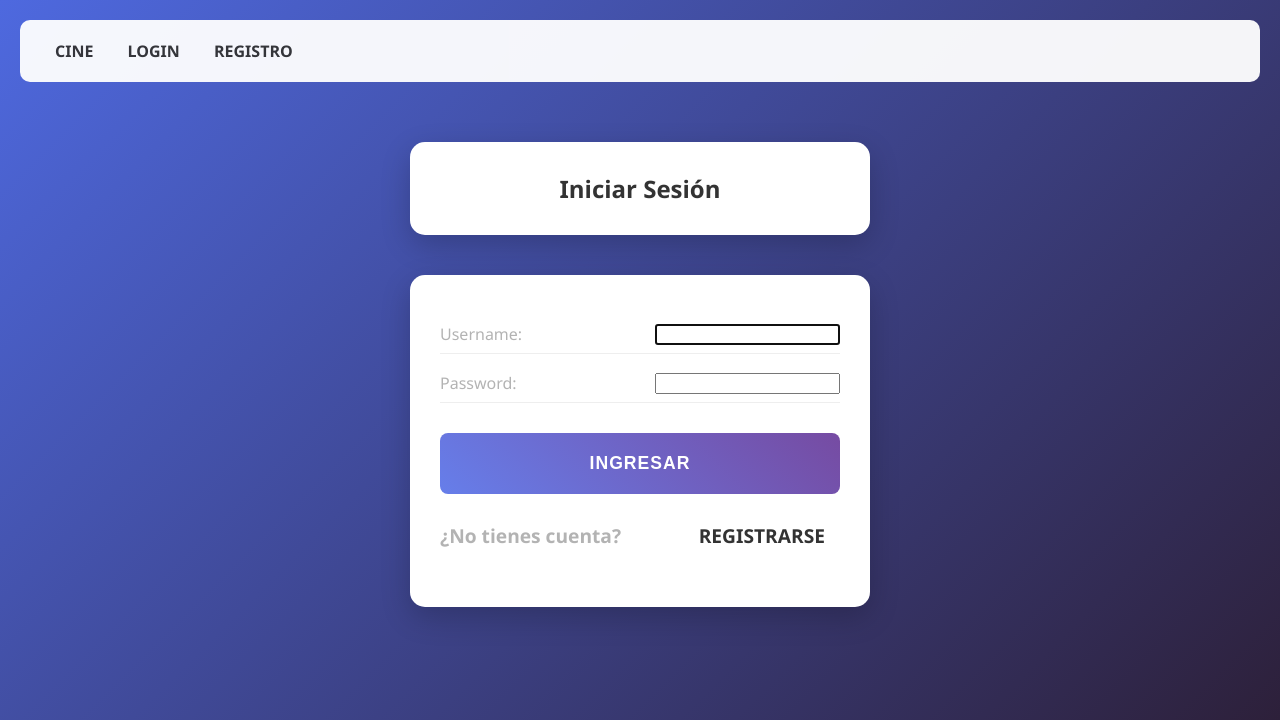
Repository: RoyScc/Practico-Django
Page: http://localhost/login/
These files come from the project's save history. The page is drawn as it stood at one moment and after the next save; the edit follows.
The browser window is 1280 px wide. The pictures show the whole page.
The page is served by the project's application, run on Django 5.2 (manage.py). Other server files are loaded and not shown.

Above is the page before, as saved 2026-05-27 09:09:11.

### tickets/templates/tickets/login.html
{% extends 'tickets/base.html' %}

{% block body %}



<form method="POST">

    <div class="login-container">
        <h2>Iniciar Sesión</h2>
        {% csrf_token %}
    </div>
    <div class="login-container">
        {{ form.as_p }}
        <button type="submit">Ingresar</button>
        <p>
            ¿No tienes cuenta?
            <a href="{% url 'register' %}">Registrarse</a>
        </p>
    </div>




</form>



{% endblock %}

### tickets/templates/tickets/base.html
{% load static %}

<!DOCTYPE html>
<html lang="en">
<head>
    <meta charset="UTF-8">
    <meta name="viewport" content="width=device-width, initial-scale=1.0">

    <link rel="stylesheet" href="{% static 'tickets/styles.css' %}">

    <!-- ICONO -->
    <link rel="icon" href="{% static 'tickets/images/cine.png' %}" type="image/png">

    <title>{% block title %} Tickets {% endblock %}</title>
</head>

<body>

    <nav class="navbar2">

        {% if request.resolver_match.url_name == 'cine' %}
            <a href="{% url 'lista_metodos' %}">
                Metodos
            </a>
        {% endif %}

        <a href="{% url 'cine' %}">
            Cine
        </a>

        {% if request.resolver_match.url_name == 'lista_metodos' %}
            <a href="{% url 'crear_metodo_pago' %}">
                Crear método de pago
            </a>
        {% endif %}

        <!-- LOGIN / LOGOUT -->

        {% if user.is_authenticated %}
            <a href="{% url 'logout' %}">
                Cerrar sesión
            </a>

        {% else %}

            <a href="{% url 'login' %}">
                Login
            </a>

            <a href="{% url 'register' %}">
                Registro
            </a>

        {% endif %}

    </nav>

    {% block body %}{% endblock %}

</body>
</html>

### tickets/views.py
from django.shortcuts import render, redirect
from .models import Tickets, MetodoPago
from .forms import MetodoPagoForm
from django.contrib.auth import login, logout
from django.contrib.auth.forms import AuthenticationForm
from django.contrib.auth import authenticate
from .forms import RegistroForm

# Create your views here.

# def index(request):
#     tickets = Tickets.objects.filter(tipo="cine")
#     return render(request, 'tickets/index.html', {'tickets': tickets})

def cine(request):
    tickets = Tickets.objects.filter(tipo__icontains="cine")
    return render(request, 'tickets/cine.html', {'tickets': tickets})

def tickets(request):
    todos_los_tickets = Tickets.objects.all()
    return render(request, 'tickets/todos_los_tickets.html', {'tickets': todos_los_tickets})

def crear_metodo_pago(request):
    if request.method == 'POST':
        form = MetodoPagoForm(request.POST)
        if form.is_valid():
            form.save()
            return redirect('lista_metodos')
    else:
        form = MetodoPagoForm()
    return render(request, 'tickets/crear_metodo_pago.html', {'form': form})

from django.shortcuts import get_object_or_404

def lista_metodos_pago(request):
    metodos = MetodoPago.objects.all()
    return render(request, 'tickets/lista_metodos.html', {'metodos': metodos})

def editar_metodo(request, id):
    metodo = get_object_or_404(MetodoPago, id=id)
    if request.method == 'POST':
        form = MetodoPagoForm(request.POST, instance=metodo)
        if form.is_valid():
            form.save()
            return redirect('lista_metodos')
    else:
        form = MetodoPagoForm(instance=metodo)
    return render(request, 'tickets/crear_metodo_pago.html', {'form': form})

def borrar_metodo(request, id):
    metodo = get_object_or_404(MetodoPago, id=id)
    if request.method == 'POST':
        metodo.delete()
        return redirect('lista_metodos')
    return render(request, 'tickets/borrar_metodo.html', {'metodo': metodo})

#Registro de usuarios
def register_view(request):
    if request.method == 'POST':
        form = RegistroForm(request.POST)

        if form.is_valid():
            user = form.save()
            login(request, user)
            return redirect('index')

    else:
        form = RegistroForm()

    return render(request, 'tickets/register.html', {
        'form': form
    })


#Login de usuarios
def login_view(request):

    if request.method == 'POST':
        form = AuthenticationForm(data=request.POST)

        if form.is_valid():
            user = form.get_user()
            login(request, user)
            return redirect('index')

    else:
        form = AuthenticationForm()

    return render(request, 'tickets/login.html', {
        'form': form
    })


# LOGOUT
def logout_view(request):
    logout(request)
    return redirect('login')

### TicketERA/urls.py
"""
URL configuration for TicketERA project.

The `urlpatterns` list routes URLs to views. For more information please see:
    https://docs.djangoproject.com/en/6.0/topics/http/urls/
Examples:
Function views
    1. Add an import:  from my_app import views
    2. Add a URL to urlpatterns:  path('', views.home, name='home')
Class-based views
    1. Add an import:  from other_app.views import Home
    2. Add a URL to urlpatterns:  path('', Home.as_view(), name='home')
Including another URLconf
    1. Import the include() function: from django.urls import include, path
    2. Add a URL to urlpatterns:  path('blog/', include('blog.urls'))
"""
from django.contrib import admin
from django.urls import path, include

urlpatterns = [
    path('admin/', admin.site.urls),
    path('', include("tickets.urls"))
]

### tickets/urls.py
from django.urls import path, include

from . import views

urlpatterns = [
    #path('', views.index, name="index"),
    path('cine/', views.cine, name="cine"),
    path('tickets/', views.tickets, name="tickets"),
    path('metodos/', views.lista_metodos_pago, name="lista_metodos"),
    path('metodos/crear', views.crear_metodo_pago, name="crear_metodo_pago"),
    path('metodos/editar/<int:id>/', views.editar_metodo, name="editar_metodo"),
    path('metodos/borrar/<int:id>/', views.borrar_metodo, name="borrar_metodo"),
    path('login/', views.login_view, name='login'),
    path('register/', views.register_view, name='register'),
    path('logout/', views.logout_view, name='logout'),
]

### tickets/static/tickets/styles.css
/* Estilos generales para la página */
body {
    font-family: 'Segoe UI', Tahoma, sans-serif;
    background: linear-gradient(135deg, #4e69df 0%, #2d203a 100%);
    min-height: 100vh;
    margin: 0;
    padding: 20px;
    gap: 20px;
    display: flex;
    flex-direction: column;
    box-sizing: border-box;
    flex: 1;
}

nav{
    justify-content: space-around;
    background: white;
    opacity: 0.95;
    margin: 0;
    padding: 10px 20px;
    border-radius: 10px;

}

.navbar {
    display: flex;
    justify-content: flex-end;
    align-items: center;
}

a {
    display: inline-block;
    color: #333;
    text-decoration: none;
    font-weight: bold;
    padding: 10px 15px;
    border-radius: 5px;
    transition: background 0.3s ease;
    text-transform: uppercase;
    /*background: #686666;*/
}

a:hover {
    background: #667eea;
    color: white;
}


h1, h4 {
    color: white;
    text-align: center;
    margin-bottom: 30px;
    text-shadow: 2px 2px 4px rgba(0,0,0,0.3);
}

h1 {
    font-size: 2.5rem;
    margin-bottom: 10px;
}

h4 {
    font-size: 1.2rem;
    opacity: 0.9;
}

.cartelera {
    display: flex;
    flex-wrap: wrap;
    justify-content: center;
    gap: 40px;
    padding: 30px;
}
.ticket-item {
    background: white;
    border-radius: 15px;
    padding: 20px;

    display: flex;
    flex-direction: column;
    justify-content: space-between;

    width: 320px;
    min-height: 500px;

    box-shadow: 0 10px 30px rgba(0,0,0,0.2);

    transition: transform 0.3s ease;
}

.ticket-item2 {
    background: white;
    border-radius: 15px;
    padding: 20px;

    display: flex;
    flex-direction: column;
    justify-content: space-between;

    width: 320px;

    box-shadow: 0 10px 30px rgba(0,0,0,0.2);

    transition: transform 0.3s ease;
}

.ticket-item:hover {
    transform: translateY(-5px);
}

.ticket-item a {
    display: inline-block;
    margin-top: 10px;
}

.form {
    display: block;
    margin-top: 0em;
    unicode-bidi: isolate;
}

/* Tablet
@media (max-width: 768px) {
    .cartelera {
        gap: 15px;
        padding: 15px;
    }
}*/

/* Mobile
@media (max-width: 480px) {
    .cartelera {
        gap: 10px;
        padding: 10px;
    }

    .ticket-item {
        width: 100%;
        max-width: 300px;
    }
}*/

h3 {
    color: #fdfdfd;
    font-size: 1.5rem;
    margin-bottom: 20px;
    text-align: center;
    border-bottom: 3px solid #667eea;
    padding-bottom: 10px;
}

.h3 {
    color: #000000;
    font-size: 1.5rem;
    margin-bottom: 20px;
    text-align: center;
    border-bottom: 3px solid #667eea;
    padding-bottom: 10px;
}

p {
    color: #b3b3b3;
    font-size: 1rem;
    margin: 10px 0;
    padding: 8px 0;
    border-bottom: 1px solid #eee;
    display: flex;
    justify-content: space-between;
    align-items: center;
}

p:last-of-type {
    border-bottom: none;
    font-weight: bold;

    font-size: 1.2rem;
}

.pcartelera {
    color: #070202;
    font-size: 1rem;
    margin: 10px 0;
    padding: 8px 0;
    border-bottom: 1px solid #eee;
    display: flex;
    justify-content: space-between;
    align-items: center;
}

button {
    width: 100%;
    background: linear-gradient(45deg, #667eea, #764ba2);
    color: white;
    border: none;
    padding: 20px 20px;
    font-size: 1.1rem;
    font-weight: bold;
    border-radius: 8px;
    cursor: pointer;
    margin-top: 20px;
    transition: all 0.3s ease;
    text-transform: uppercase;
    letter-spacing: 1px;
}

button:hover {
    background: linear-gradient(45deg, #5a6fd8, #6a4190);
    transform: scale(1.05);
    box-shadow: 0 5px 15px rgba(102, 126, 234, 0.4);
}

.button {
    width: 100%;
    background: linear-gradient(45deg, #667eea, #764ba2);
    color: white;
    border: none;
    padding: 20px 5px;
    font-size: 1.1rem;
    font-weight: bold;
    border-radius: 8px;
    text-align: center;
    cursor: pointer;
    margin-top: 10px;
    transition: all 0.3s ease;
    text-transform: uppercase;
    letter-spacing: 1px;
}

.button:hover {
    background: linear-gradient(45deg, #5a6fd8, #6a4190);
    transform: scale(1.05);
    box-shadow: 0 5px 15px rgba(102, 126, 234, 0.4);
}


.ticket {
    margin-bottom: 20px;
    padding: 20px;
    border-radius: 10px;
    box-shadow: 0 5px 15px rgba(0,0,0,0.1);
    space
}

button:active {
    transform: scale(0.98);
}

.fecha-icon::before {
content: '📅 ';
margin-right: 8px;
font-weight: bold;
}

.ubicacion-icon::before {
    content: '📍';
    margin-right: 8px;
    font-weight: bold;
}

.precio-icon::before {
    content: '💵 ';
    margin-right: 8px;
    font-weight: bold;
}

/* Estilos para la sección de Login y Register */
.login-container {
    max-width: 400px;
    margin: 40px auto;
    background: white;
    padding: 30px;
    border-radius: 15px;
    box-shadow: 0 10px 30px rgba(0,0,0,0.2);
}
.login-container h2 {
    text-align: center;
    margin-top: 0px;
    margin-bottom: 0px;
    color: #333;
}

/*----------------------*/
.register-container {
    width: 400px;
    margin: 50px auto;
    padding: 30px;
    border-radius: 15px;
    background-color: #ffffff;
    color: rgb(0, 0, 0);
}

.form-group {
    display: flex;
    flex-direction: column;
    margin-bottom: 15px;
}

.form-group label {
    margin-bottom: 5px;
    font-weight: bold;
}

.form-group input {
    padding: 10px;
    border-radius: 8px;
    border: none;
    outline: none;
    background-color: #aaaaaa;
}

.register-container button {
    width: 100%;
    margin-top: 10px;
}

/*
.carousel {
    display: flex;
    gap: 20px;
    overflow-x: auto;
    padding: 20px;
    scroll-behavior: smooth;
}

.carousel::-webkit-scrollbar {
    height: 10px;
}

.carousel::-webkit-scrollbar-thumb {
    background: #667eea;
    border-radius: 10px;
}

.ticket-item {
    min-width: 250px;
    background: white;
    border-radius: 15px;
    padding: 15px;
    flex-shrink: 0;
    box-shadow: 0 4px 10px rgba(0,0,0,0.1);
    text-align: center;
}

.ticket-img {
    width: 100%;
    height: 300px;
    object-fit: cover;
    border-radius: 10px;
}

.ticket-empty {
    text-align: center;
    padding: 50px;
}*/

After the next save:
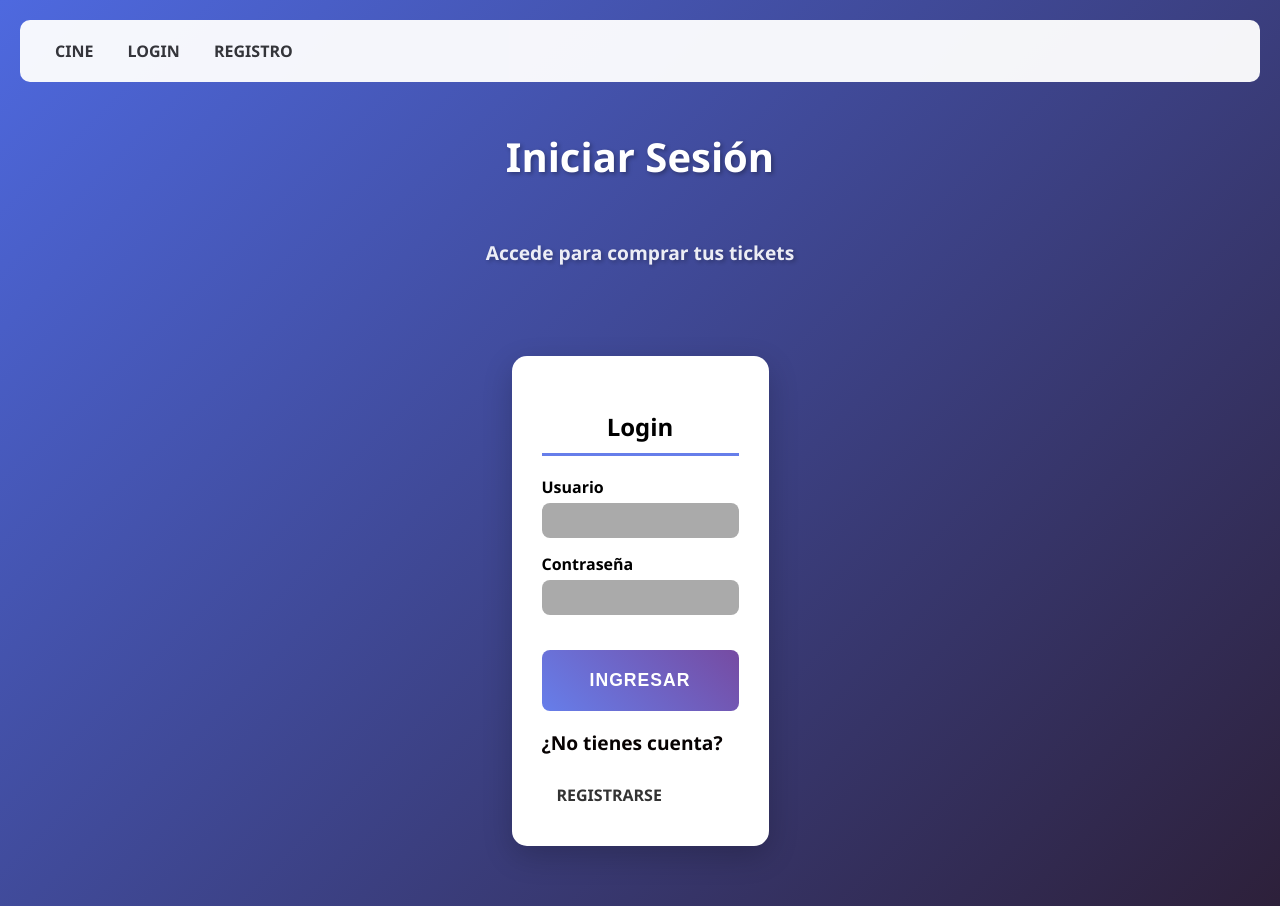
Saved 72 s later.
--- a/tickets/templates/tickets/login.html
+++ b/tickets/templates/tickets/login.html
@@ -1,29 +1,44 @@
 {% extends 'tickets/base.html' %}
+
+{% block title %} Login {% endblock %}
 
 {% block body %}
 
+<h1>Iniciar Sesión</h1>
+<h4>Accede para comprar tus tickets</h4>
 
+<div class="login-container">
 
-<form method="POST">
+    <h3 class="h3">Login</h3>
 
-    <div class="login-container">
-        <h2>Iniciar Sesión</h2>
+    <form method="POST">
+
         {% csrf_token %}
-    </div>
-    <div class="login-container">
-        {{ form.as_p }}
-        <button type="submit">Ingresar</button>
-        <p>
-            ¿No tienes cuenta?
-            <a href="{% url 'register' %}">Registrarse</a>
-        </p>
-    </div>
 
+        <div class="form-group">
+            <label>Usuario</label>
+            {{ form.username }}
+        </div>
 
+        <div class="form-group">
+            <label>Contraseña</label>
+            {{ form.password }}
+        </div>
 
+        <button type="submit">
+            Ingresar
+        </button>
 
-</form>
+    </form>
 
+    <p class="pcartelera">
+        ¿No tienes cuenta?
+    </p>
 
+    <a href="{% url 'register' %}">
+        Registrarse
+    </a>
+
+</div>
 
 {% endblock %}
